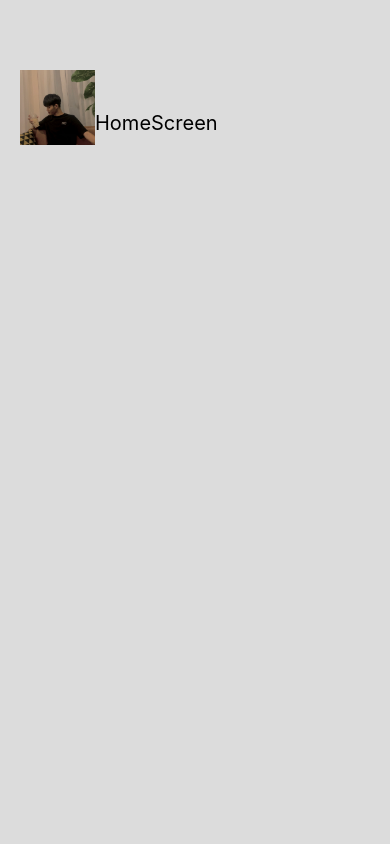
Repository: diepdung02/AppPTC
Screen: /Home
An editor plug-in stored every save of this project. The screen is shown before and after a run of saves, followed by the edit.
The app was drawn by React Native's web renderer in a window 390 px wide. The project was rebuilt for these pictures with package versions that can differ from the ones it lists, and the page was loaded fresh each time.

Above is the screen before, as saved 2024-06-29 13:08:44.

After the next 2 saves:
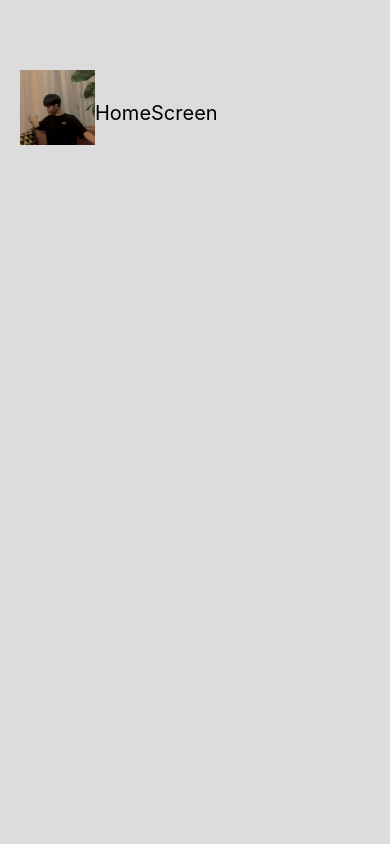
The 2 saves are shown as one change because they came seconds apart.
The last was saved 6 s later.
--- a/screen/home/HomeScreen.tsx
+++ b/screen/home/HomeScreen.tsx
@@ -30,7 +30,7 @@ const styles = StyleSheet.create({
   },
   txtInfor:{
     fontSize:20,
-    marginTop:100,
+    marginTop:80,
   }
 })
 
